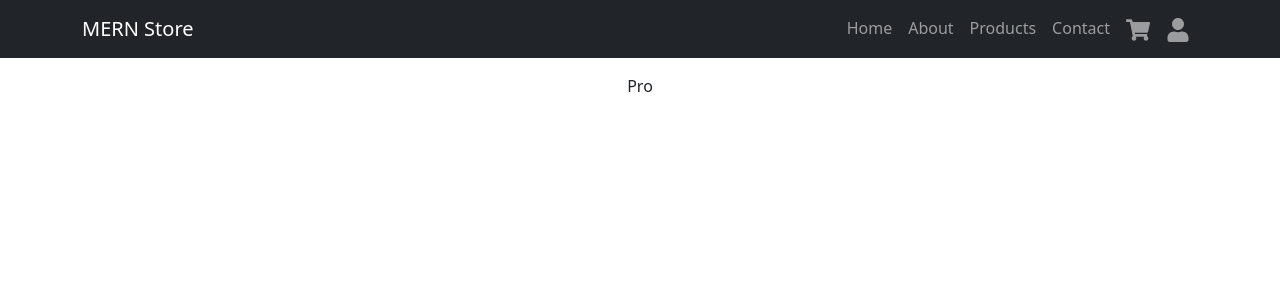
Repository: Attar786/MernStore
Page: / (app in client/)
These files come from the project's save history. The page is drawn as it stood at one moment and after the next save; the edit follows.
The browser window is 1280 px wide. The pictures show the whole page.
The project was rebuilt for these pictures with package versions that can differ from the ones it lists, and the page was loaded fresh each time. Also part of the build but not shown: client/vite.config.js, client/src/App.css, client/src/index.css.

Above is the page before, as saved 2024-07-09 16:29:52.

After the next save:
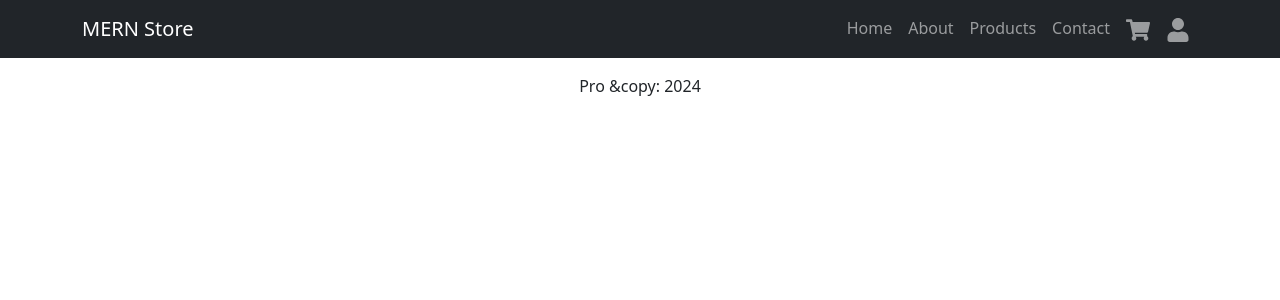
Saved 62 s later.
--- a/client/components/Footer.jsx
+++ b/client/components/Footer.jsx
@@ -1,14 +1,14 @@
 import { Container , Row , Col} from "react-bootstrap"
 const Footer = () => {
 
-// const currentyear = new Date().getFullYear();
+const CurrentYear = new Date().getFullYear();
 
   return (
     <footer>
 <Container>
   <Row>
     <Col className="text-center py-3">
-      <p>Pro</p>
+      <p>Pro &copy: {CurrentYear}</p>
 
 
     </Col>
